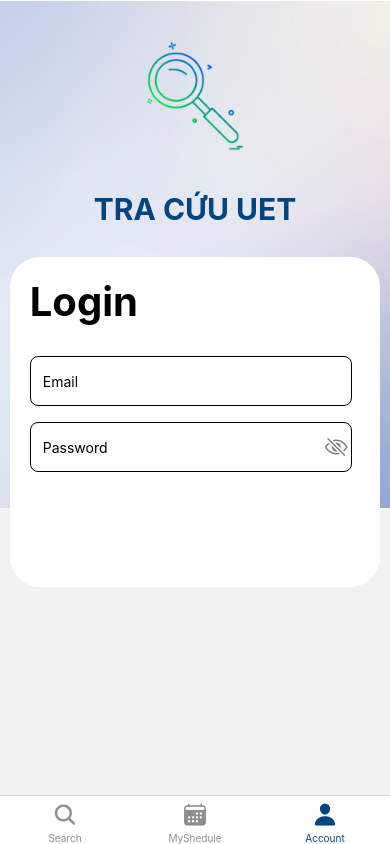
Repository: nguyenkhackien/Student-Progress-Tracker-
Screen: /Account (app in MyApp/)
These files come from the project's save history. The screen is drawn as it stood at one moment and after the next save; the edit follows.
The app was drawn by React Native's web renderer in a window 390 px wide. The project was rebuilt for these pictures with package versions that can differ from the ones it lists, and the page was loaded fresh each time. Also part of the build but not shown: MyApp/src/components/MyScheduleScreen.js.

Above is the screen before, as saved 2024-07-21 22:04:38.

### MyApp/App.js
import { createBottomTabNavigator } from "@react-navigation/bottom-tabs"
import { StatusBar } from "react-native"
import { Platform, SafeAreaView, StyleSheet, Text, View } from "react-native"
import AccountScreen from "./src/components/AccountScreen"
import MyScheduleScreen from "./src/components/MyScheduleScreen"
import SearchScreen from "./src/components/SearchSreen"
import { NavigationContainer } from "@react-navigation/native"
import { primaryColor } from "./src/Constants/Color"
import { Ionicons } from "@expo/vector-icons"

const Tab = createBottomTabNavigator()
const screenOptions = {
    headerShown: false,
    tabBarActiveTintColor: primaryColor,
}
export default function App() {
    return (
        <SafeAreaView style={styles.root}>
            <NavigationContainer>
                <Tab.Navigator screenOptions={screenOptions}>
                    <Tab.Screen
                        name="Search"
                        component={SearchScreen}
                        options={{
                            tabBarIcon: ({ focus, color, size }) => {
                                return (
                                    <Ionicons
                                        name={"search"}
                                        size={size}
                                        color={color}
                                    />
                                )
                            },
                        }}
                    />
                    <Tab.Screen
                        name="MyShedule"
                        component={MyScheduleScreen}
                        options={{
                            tabBarIcon: ({ focus, color, size }) => {
                                return (
                                    <Ionicons
                                        name={"calendar"}
                                        size={size}
                                        color={color}
                                    />
                                )
                            },
                        }}
                    />
                    <Tab.Screen
                        name="Account"
                        component={AccountScreen}
                        options={{
                            tabBarIcon: ({ focus, color, size }) => {
                                return (
                                    <Ionicons
                                        name={"person"}
                                        size={size}
                                        color={color}
                                    />
                                )
                            },
                        }}
                    />
                </Tab.Navigator>
            </NavigationContainer>
        </SafeAreaView>
    )
}
const styles = StyleSheet.create({
    root: {
        flex: 1,
        paddingTop: Platform.OS === "android" ? StatusBar.currentHeight : 1,
    },

})

### MyApp/src/components/AccountScreen.js
import { StyleSheet, Text, View } from "react-native"
import LoginScreen from "./LoginScreen"
export default function AccountScreen() {
    return (
        <LoginScreen/>
    )
}
const style = StyleSheet.create({

})

### MyApp/src/components/SearchSreen.js
import { StyleSheet, Text, View } from "react-native"

export default function SearchScreen() {
    return (
        <View>
            <Text> Search screen</Text>
        </View>
    )
}

### MyApp/src/Constants/Color.js
export const primaryColor = "#004580"

### MyApp/src/components/LoginScreen.js
import React, { useState } from "react"
import {
    View,
    Text,
    Image,
    TextInput,
    TouchableOpacity,
    ImageBackground,
} from "react-native"
import { Ionicons } from "@expo/vector-icons"
import { primaryColor } from "../Constants/Color"

const LoginScreen = () => {
    const [Email, setEmail] = useState("")
    const [password, setPassword] = useState("")
    const [passwordVisible, setPasswordVisible] = useState(false)

    const togglePasswordVisibility = () => {
        setPasswordVisible(!passwordVisible)
    }

    return (
        <View>
            <ImageBackground
                source={require("../../assets/bgc.png")}
                style={{ width: "100%", height: "100%" }}
            >
                <View style={styles.container}>
                    <Image
                        source={require("../../assets/logo.png")}
                        style={styles.logoIcon}
                    />
                    <Text style={styles.title}>TRA CỨU UET</Text>
                    <View style={styles.loginContainer}>
                        <Text style={styles.title}>
                            <Text style={{fontSize:40,color:'black'}}>Login</Text>
                        </Text>
                        <View style={styles.inputContainer}>
                            <TextInput
                                style={styles.input}
                                onChangeText={setEmail}
                                value={Email}
                                placeholder="Email"
                            />
                        </View>
                        <View style={styles.inputContainer}>
                            <TextInput
                                style={styles.input}
                                onChangeText={setPassword}
                                value={password}
                                placeholder="Password"
                                secureTextEntry={!passwordVisible}
                            />
                            <TouchableOpacity
                                onPress={togglePasswordVisibility}
                                style={styles.eyeIcon}
                            >
                                <Ionicons
                                    name={
                                        passwordVisible
                                            ? "eye-outline"
                                            : "eye-off-outline"
                                    }
                                    size={24}
                                    color="grey"
                                />
                            </TouchableOpacity>
                        </View>
                    </View>
                </View>
            </ImageBackground>
        </View>
    )
}

const styles = {
    container: {
        flex: 1,
        alignItems: "center",
    },
    title: {
        fontSize: 30,
        fontWeight: "bold",
        marginBottom: 30,
        color: primaryColor,
    },
    logoIcon: {
        width: 150,
        height: 150,
        marginVertical: 20,
    },
    loginContainer: {
        width: "95%",
        height: "65%",
        padding: 20,
        backgroundColor: "white",
        borderRadius: 30,
    },
    inputContainer: {
        flexDirection: "row",
        alignItems: "center",
        marginBottom: 16,
    },
    input: {
        flex: 1,
        height: 50,
        borderWidth: 1,
        borderRadius: 8,
        paddingHorizontal: 12,
        marginRight: 8,
    },
    phoneIcon: {
        position: "absolute",
        right: 12,
    },
    eyeIcon: {
        position: "absolute",
        right: 12,
    },
}

export default LoginScreen

After the next save:
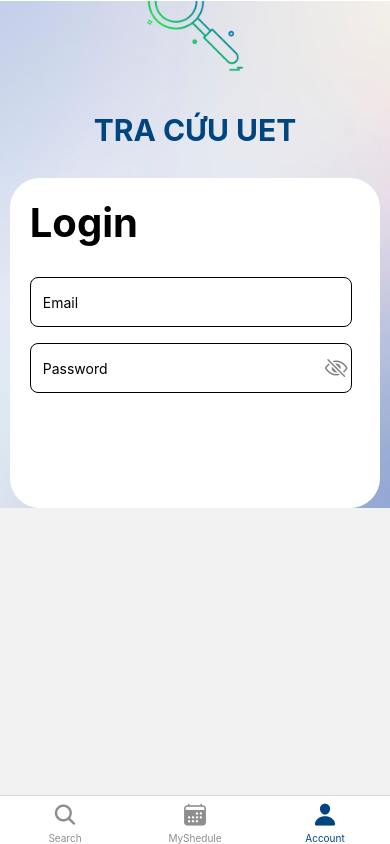
Saved 23 s later.
--- a/MyApp/src/components/LoginScreen.js
+++ b/MyApp/src/components/LoginScreen.js
@@ -77,6 +77,7 @@ const styles = {
     container: {
         flex: 1,
         alignItems: "center",
+        justifyContent: "end",
     },
     title: {
         fontSize: 30,
